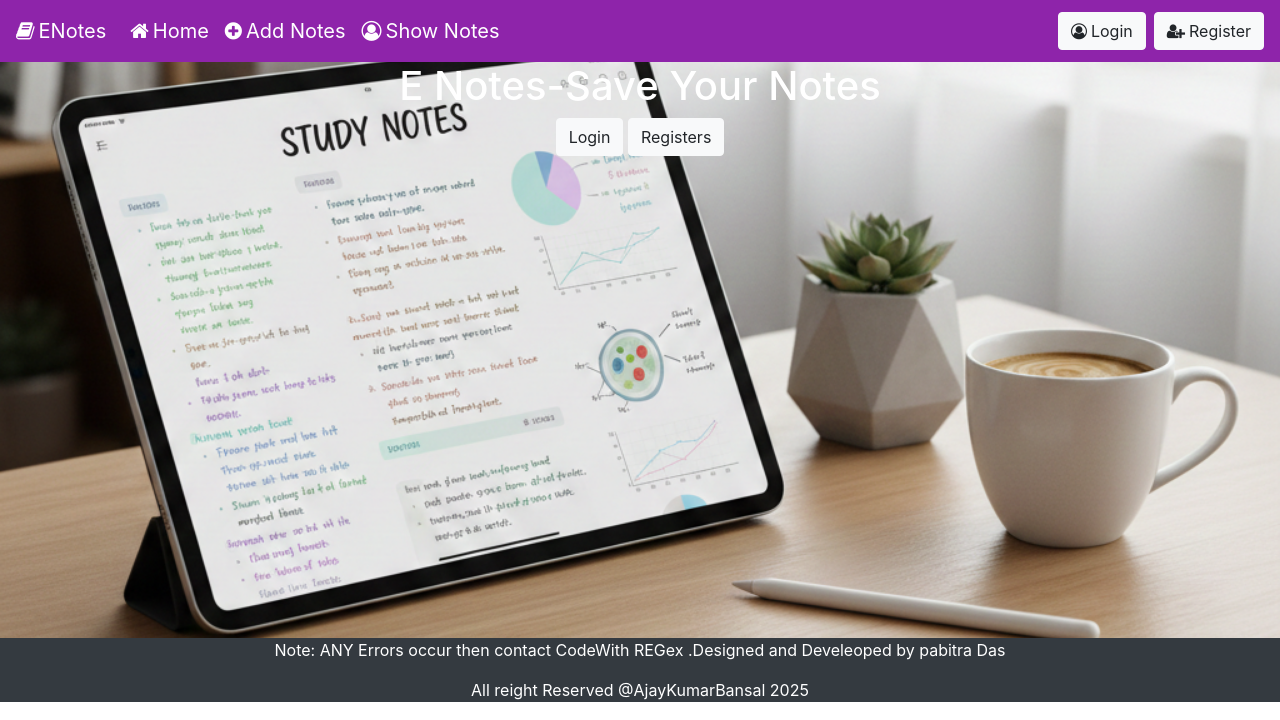
Repository: Bansal140899/eclipse-workspace
Page: http://localhost/ENotesProject/
An editor plug-in stored every save of this project. The page is shown before and after the next save, followed by the edit.
The browser window is 1280 px wide. The pictures show the whole page.
The page is served by Tomcat 9. Other server files are loaded and not shown.

Above is the page before, as saved 2025-12-21 21:30:33.

### ENotesProject/src/main/webapp/index.jsp
<%@ page language="java" contentType="text/html; charset=UTF-8"
	pageEncoding="UTF-8"%>
<!DOCTYPE html PUBLIC "-//W3C//DTD HTML 4.01 Transitional//EN" "http://www.w3.org/TR/html4/loose.dtd">
<html>
<head>
<style type="text/css">
.back-img {
background:url("IMG/BACKGROUND.png");
width:100%;
height:80vh;
background-repeat: no-repeat;   /* repeat band */
    background-size: cover;        /* full cover */
    background-position: center;   /* center me set */
}
</style>
<meta http-equiv="Content-Type" content="text/html; charset=UTF-8">
<title>Home Page</title>
<%@include file="All_Component/allcss.jsp"%>
</head>
<body>
	<%@include file="All_Component/navbar.jsp"%>
	<div class="container-fluid back-img">
	<div class=  "text-center">
	<h1 class="text-white">E Notes-Save Your Notes</h1>
    <a href="login.jsp" class="btn btn-light">Login</a>
	<a href="register.jsp" class="btn btn-light">Registers</a>
	</div>

	</div>
	<%@include file="All_Component/footer.jsp"%>

</body>
</html>

### ENotesProject/src/main/webapp/All_Component/allcss.jsp
<link rel="stylesheet"
	href="https://cdn.jsdelivr.net/npm/bootstrap@4.6.2/dist/css/bootstrap.min.css"
	integrity="sha384-xOolHFLEh07PJGoPkLv1IbcEPTNtaed2xpHsD9ESMhqIYd0nLMwNLD69Npy4HI+N"
	crossorigin="anonymous">

<link rel="stylesheet"
	href="https://cdnjs.cloudflare.com/ajax/libs/font-awesome/4.7.0/css/font-awesome.min.css">
<link rel="stylesheet" href="css/style.css">

<script
	src="https://cdn.jsdelivr.net/npm/jquery@3.5.1/dist/jquery.slim.min.js"
	integrity="sha384-DfXdz2htPH0lsSSs5nCTpuj/zy4C+OGpamoFVy38MVBnE+IbbVYUew+OrCXaRkfj"
	crossorigin="anonymous"></script>
<script
	src="https://cdn.jsdelivr.net/npm/popper.js@1.16.1/dist/umd/popper.min.js"
	integrity="sha384-9/reFTGAW83EW2RDu2S0VKaIzap3H66lZH81PoYlFhbGU+6BZp6G7niu735Sk7lN"
	crossorigin="anonymous"></script>
<script
	src="https://cdn.jsdelivr.net/npm/bootstrap@4.6.2/dist/js/bootstrap.min.js"
	integrity="sha384-+sLIOodYLS7CIrQpBjl+C7nPvqq+FbNUBDunl/OZv93DB7Ln/533i8e/mZXLi/P+"
	crossorigin="anonymous"></script>

### ENotesProject/src/main/webapp/All_Component/navbar.jsp
<nav class="navbar navbar-expand-lg navbar-dark bg-custom navbar-custom">
  <a class="navbar-brand" href="#"><i class="fa fa-book mr-1" aria-hidden="true"></i>ENotes</a>
  <button class="navbar-toggler" type="button" data-toggle="collapse" data-target="#navbarSupportedContent" aria-controls="navbarSupportedContent" aria-expanded="false" aria-label="Toggle navigation">
    <span class="navbar-toggler-icon"></span>
  </button>

  <div class="collapse navbar-collapse" id="navbarSupportedContent">
    <ul class="navbar-nav mr-auto">
      <li class="nav-item active">
        <a class="nav-link" href="#"><i class="fa fa-home mr-1" aria-hidden="true"></i>Home <span class="sr-only">(current)</span></a>
      </li>
      <li class="nav-item">
        <a class="nav-link" href="#"><i class="fa fa-plus-circle mr-1" aria-hidden="true"></i>Add Notes</a>
      </li>

      <li class="nav-item">
        <a class="nav-link"><i class="fa fa-user-circle-o mr-1" aria-hidden="true"></i>Show Notes</a>
      </li>
    </ul>

      <button class="btn btn-light my-2 my-sm-0 mr-2" type="submit"><i class="fa fa-user-circle-o mr-1" aria-hidden="true"></i>Login</a>
      <button class="btn btn-light my-2 my-sm-0" type="submit"><i class="fa fa-user-plus mr-1" aria-hidden="true"></i>Register</a>

  </div>
</nav>

### ENotesProject/src/main/webapp/All_Component/footer.jsp
<div class="container-fluid bg-dark">
<p class="text-center text-white">Note: ANY Errors occur then contact CodeWith REGex .Designed and Develeoped by pabitra Das</p>
<p class="text-center text-white">All reight Reserved @AjayKumarBansal 2025</p>



</div>

### ENotesProject/src/main/webapp/css/style.css
.bg-custom{
	background:#8e24aa;
}
.navbar .nav-item .nav-link{
	font-size:20px;
	color:white;
}

.navbar-custom .nav-item:hover .nav-link{
	background:white;
	color:black;
    border-radius:10px;
}

After the next save:
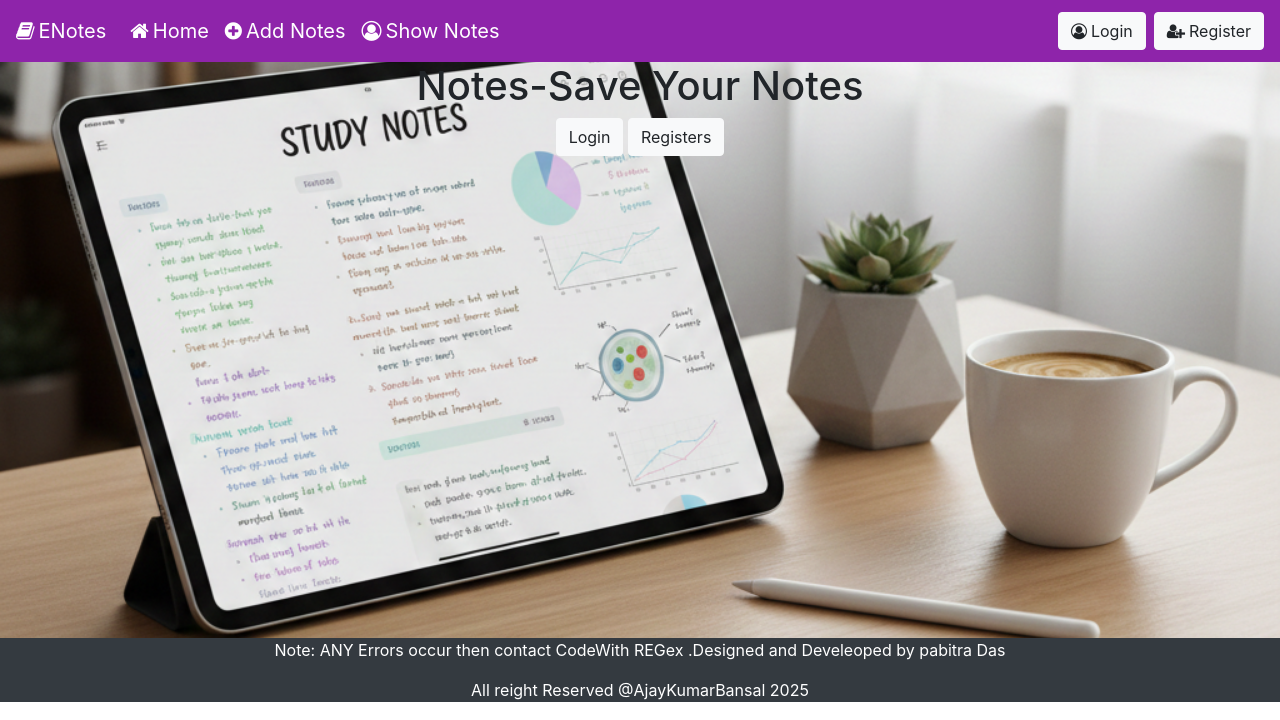
Saved 24 s later.
--- a/ENotesProject/src/main/webapp/index.jsp
+++ b/ENotesProject/src/main/webapp/index.jsp
@@ -21,7 +21,7 @@ background-repeat: no-repeat;   /* repeat band */
 	<%@include file="All_Component/navbar.jsp"%>
 	<div class="container-fluid back-img">
 	<div class=  "text-center">
-	<h1 class="text-white">E Notes-Save Your Notes</h1>
+	<h1 > Notes-Save Your Notes</h1>
     <a href="login.jsp" class="btn btn-light">Login</a>
 	<a href="register.jsp" class="btn btn-light">Registers</a>
 	</div>
